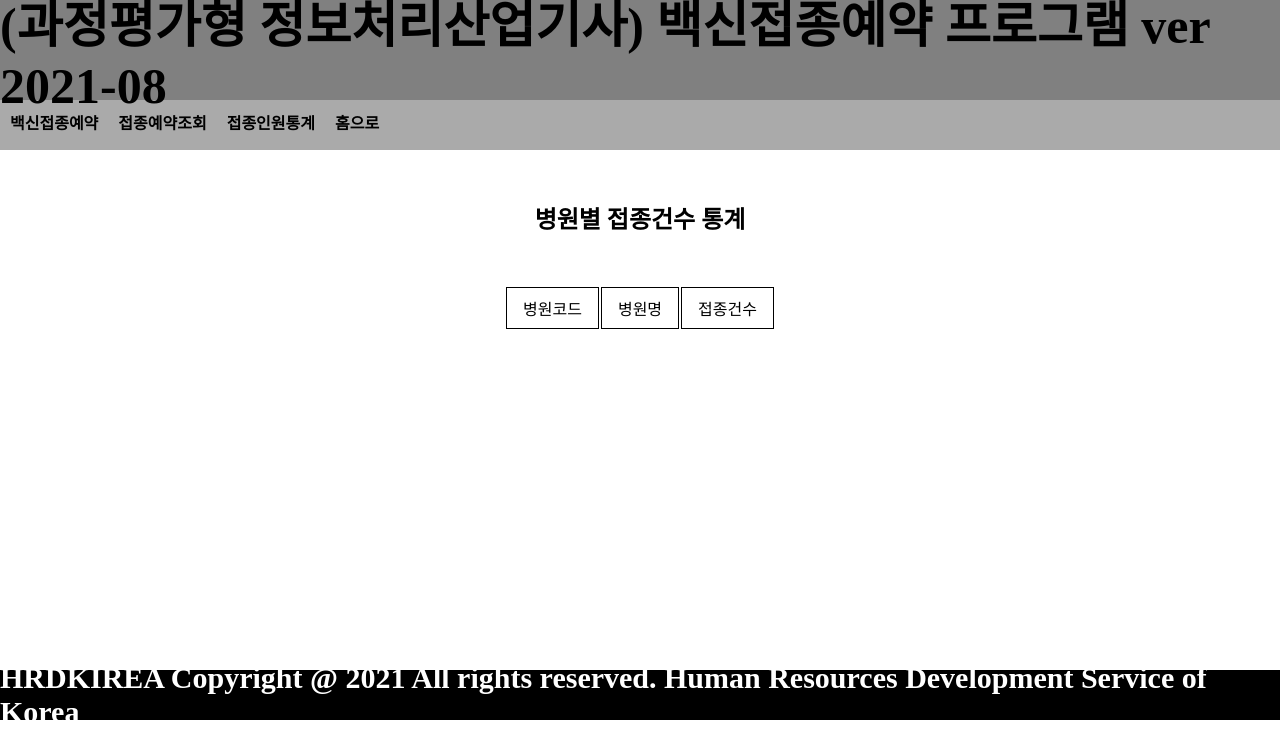
Repository: Ranranruo/info-processing
Page: http://localhost/20250424/view.jsp
These files come from the project's save history. The page is drawn as it stood at one moment and after the next save; the edit follows.
The browser window is 1280 px wide. The pictures show the whole page.
The page is served by Tomcat 9. Queries for data that is not in the repository find no rows.

Above is the page before, as saved 2025-04-24 07:29:00.

After the next save:
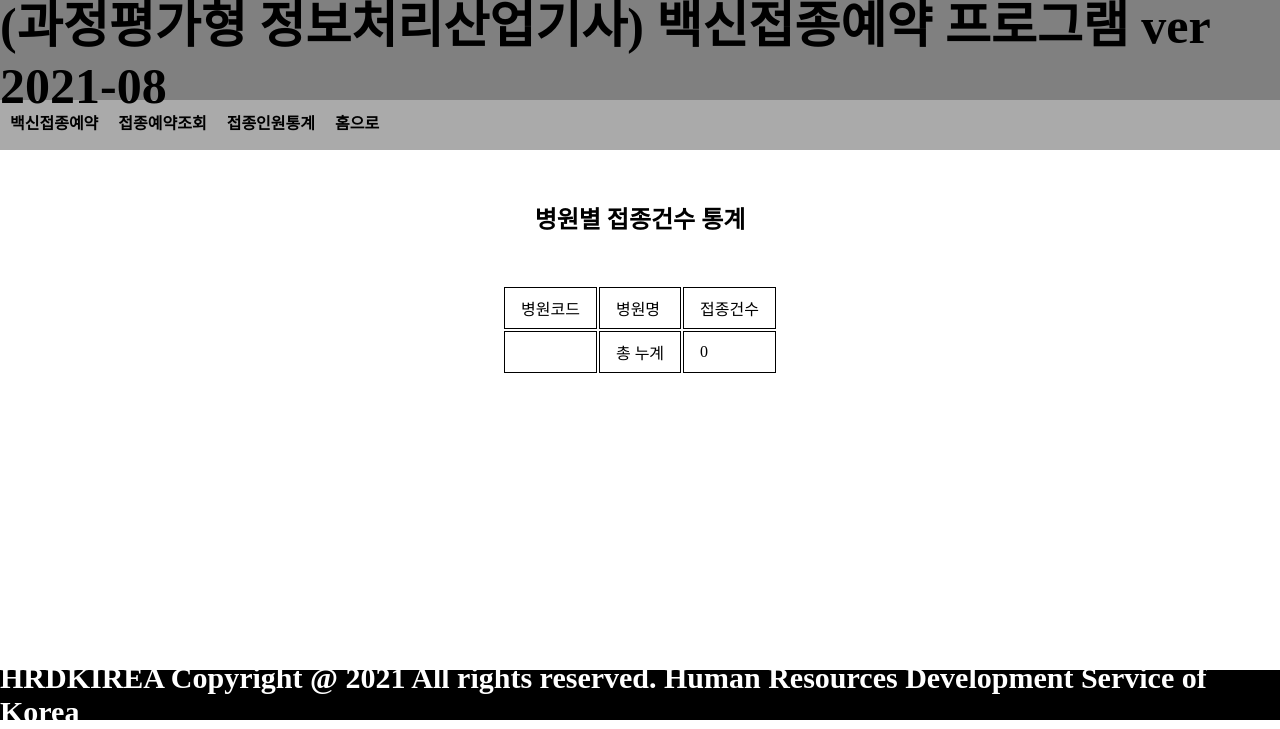
Saved 35 s later.
--- a/20250424/src/main/webapp/view.jsp
+++ b/20250424/src/main/webapp/view.jsp
@@ -53,6 +53,11 @@ td{ border: 1px solid black; padding: .5em 1em;}
 <td><%=rs.getString(3) %></td>
 </tr>
 <% } %>
+<tr>
+<td></td>
+<td>총 누계</td>
+<td><%=count%></td>
+</tr>
 </table>
 </section>
 <footer class="c" style="background-color: black; color: #fff; font-weight: bold; font-size: 30px; height: 50px;">HRDKIREA Copyright @ 2021 All rights reserved. Human Resources Development Service of Korea</footer>
